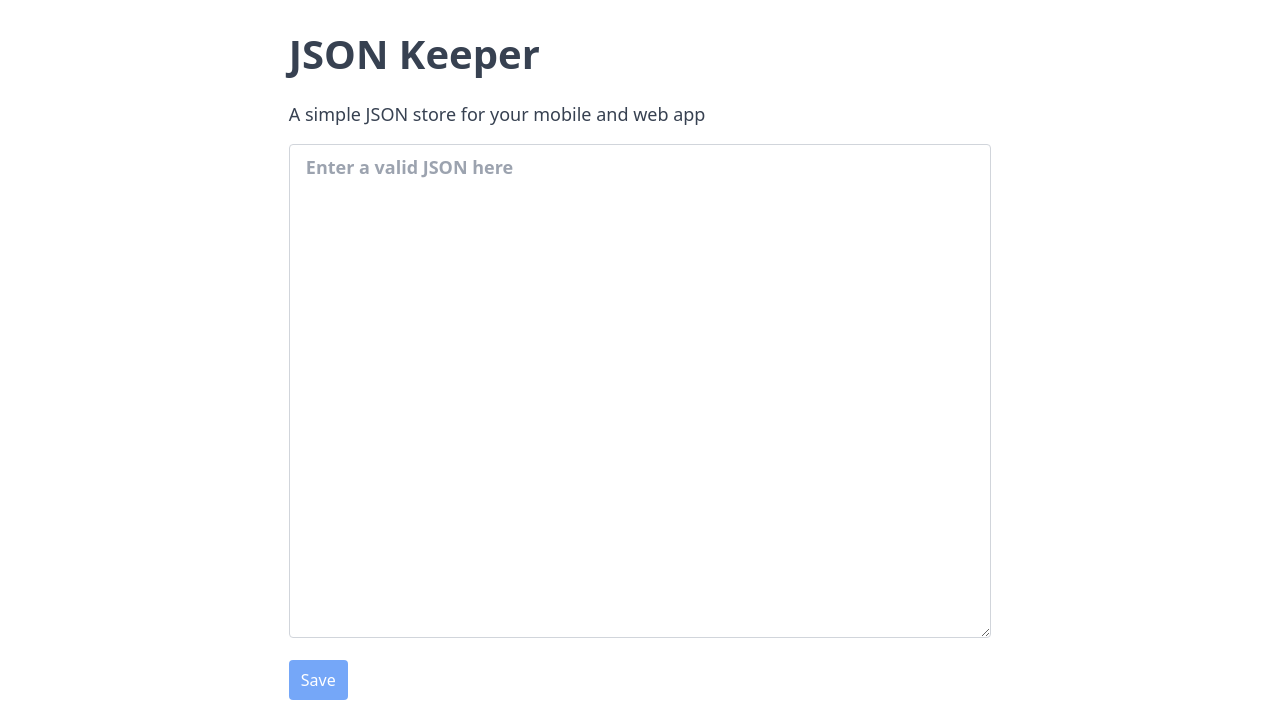
Repository: lakshithapramodya/jsonhub
Page: / (app in client/)
An editor plug-in stored every save of this project. The page is shown before and after the next save, followed by the edit.
The browser window is 1280 px wide. The pictures show the whole page.
The page's requests for data from a server got no answer. The project was rebuilt for these pictures with package versions that can differ from the ones it lists, and the page was loaded fresh each time. No one was signed in, and anything a server would have sent is missing. Also part of the build but not shown: client/src/HandleJsonData.js.

Above is the page before, as saved 2023-05-10 12:38:16.

### client/src/index.js
import React from "react";
import ReactDOM from "react-dom/client";
import "./index.css";
import App from "./App";
import { BrowserRouter, Route, Routes } from "react-router-dom";
import HandleJsonData from "./HandleJsonData";

const root = ReactDOM.createRoot(document.getElementById("root"));
root.render(
  <React.StrictMode>
    <BrowserRouter>
      <Routes>
        <Route path="/" element={<App />} />
        <Route path=":url" element={<HandleJsonData />} />
      </Routes>
    </BrowserRouter>
  </React.StrictMode>
);

### client/src/App.js
import { useState } from "react";
import { SERVER_ENDPOINT } from "./config/Default";
import axios from "axios";

function App() {
  const [input, setInput] = useState([]);
  const [url, setUrl] = useState("");

  const sendRequest = async () => {
    const res = await axios
      .post(`${SERVER_ENDPOINT}/api/json`, {
        text: input,
      })
      .then()
      .catch((err) => console.log(err));
    const data = res.data;
    return data;
  };

  const handleSubmit = (e) => {
    e.preventDefault();
    sendRequest().then((res) => {
      console.log(res.url);
      res && setInput([]);
      setUrl(res.url);
    });
  };

  function isJsonString(str) {
    try {
      JSON.parse(str);
    } catch (e) {
      return false;
    }
    return true;
  }

  return (
    <div className="min-w-full min-h-screen flex flex-col">
      {url && (
        <a href={`${SERVER_ENDPOINT}/${url}`}>{`${SERVER_ENDPOINT}/${url}`}</a>
      )}
      <div className="flex flex-col mx-auto mt-6 w-full sm:w-[80%] md:w-[70%] lg:w-[58%] items-center justify-center">
        <form onSubmit={handleSubmit} className="w-full space-y-4 px-5">
          <h1 className="text-[2.5rem] font-semibold text-gray-700">
            JSON Keeper
          </h1>
          <p className="text-gray-700 text-lg">
            A simple JSON store for your mobile and web app
          </p>
          <textarea
            placeholder="Enter a valid JSON here"
            onChange={(e) => setInput(e.target.value)}
            value={input}
            rows={17}
            className={`border border-gray-300 w-full rounded p-2 px-4 text-lg font-semibold focus:outline-none`}
          />
          <button
            className="bg-blue-500 p-2 px-3 rounded text-white disabled:opacity-70"
            disabled={!isJsonString(input)}
            type="submit"
          >
            Save
          </button>
        </form>
      </div>
    </div>
  );
}

export default App;

### client/src/config/Default.js
export const SERVER_ENDPOINT =
  process.env.REACT_APP_SERVER_ENDPOINT || "http://localhost:5000";

Loaded but not shown: client/public/index.html (common file); client/src/index.css (common file); client/tailwind.config.js (common file)

After the next save:
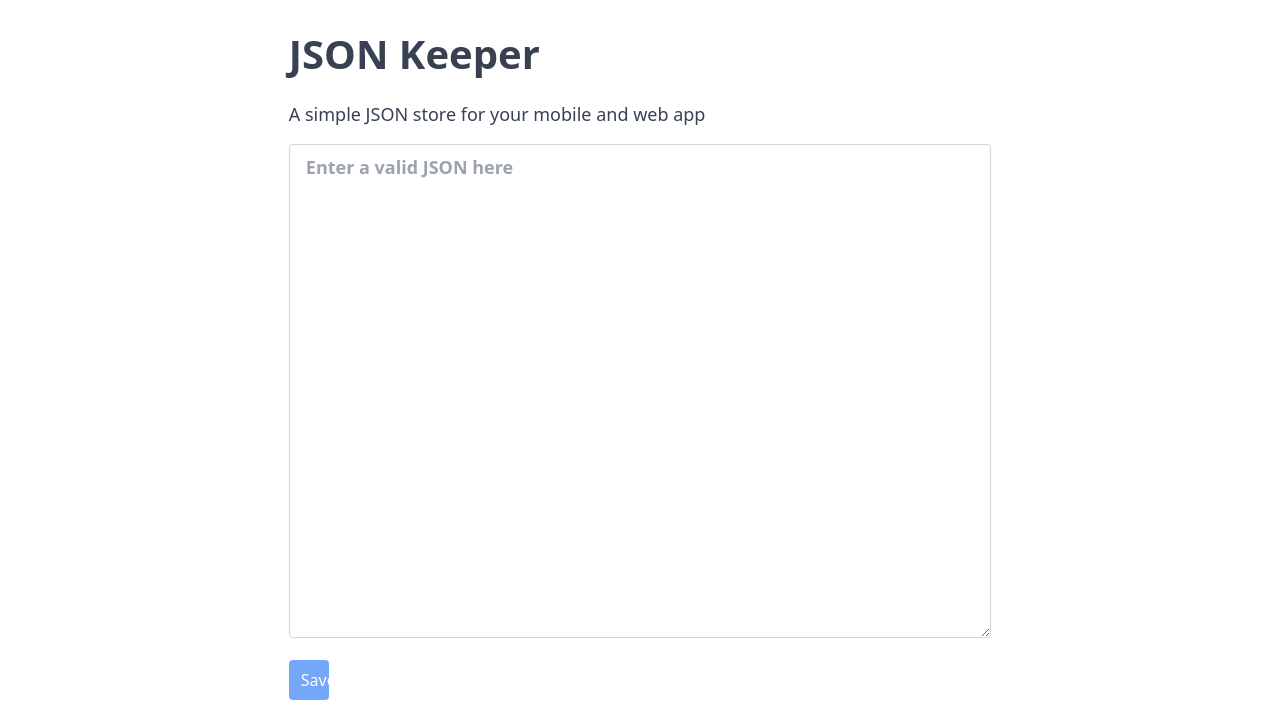
Saved 19 s later.
--- a/client/src/App.js
+++ b/client/src/App.js
@@ -56,7 +56,7 @@ function App() {
             className={`border border-gray-300 w-full rounded p-2 px-4 text-lg font-semibold focus:outline-none`}
           />
           <button
-            className="bg-blue-500 p-2 px-3 rounded text-white disabled:opacity-70"
+            className="bg-blue-500 p-2 px-3 w-10 rounded text-white disabled:opacity-70"
             disabled={!isJsonString(input)}
             type="submit"
           >
